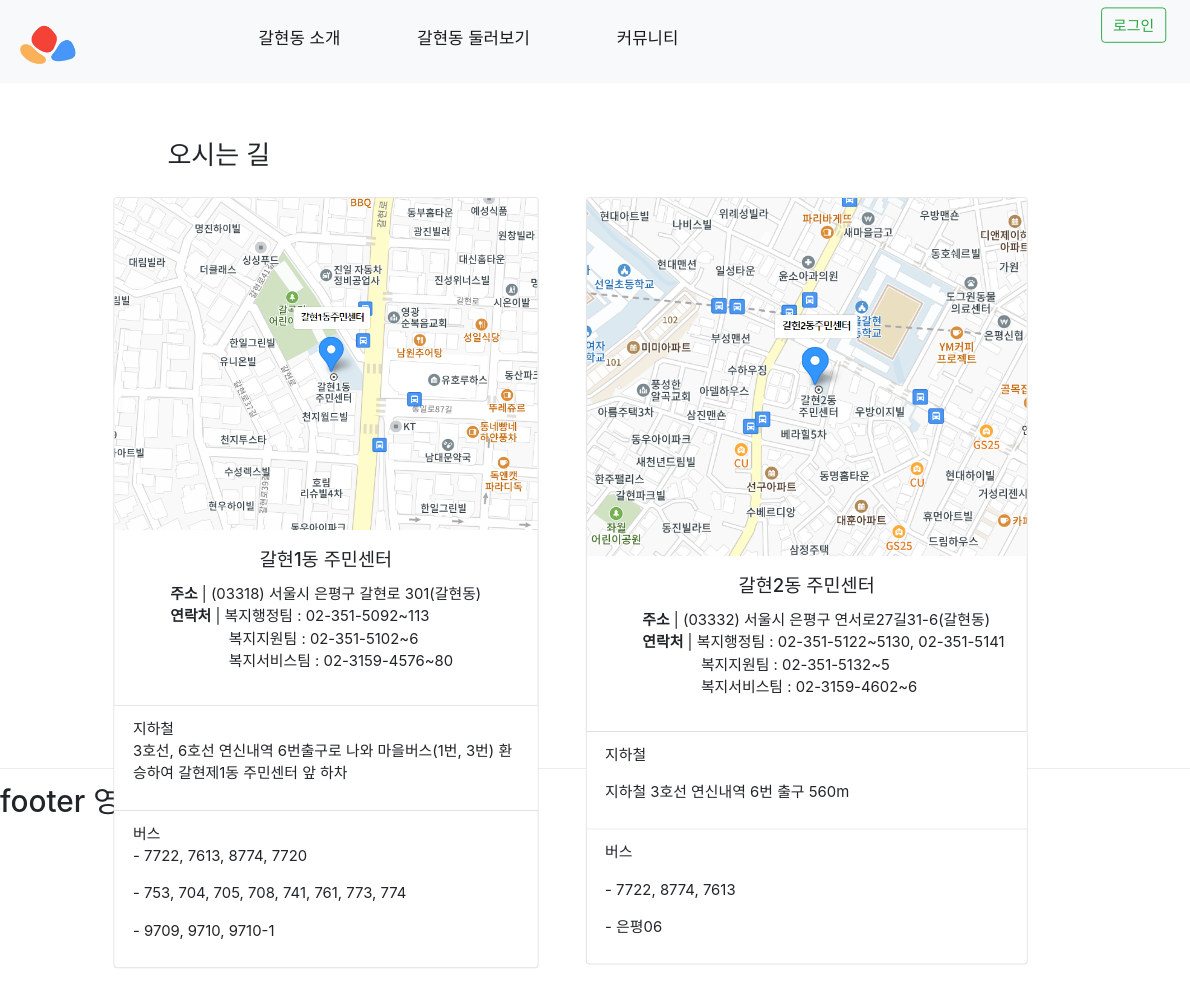
Repository: rnjsmj/pro01
Page: http://localhost/pro01/intro/map.jsp
An editor plug-in stored every save of this project. The page is shown before and after the next save, followed by the edit.
The browser window is 1280 px wide. The pictures show the whole page, at 93% of full size.
The page is served by Tomcat 9. Nobody is signed in. The application's start-up code is not run. The template is opened directly, without the code that normally fills it, so the values that code supplies are empty.

Above is the page before, as saved 2024-04-14 16:25:59.

After the next save:
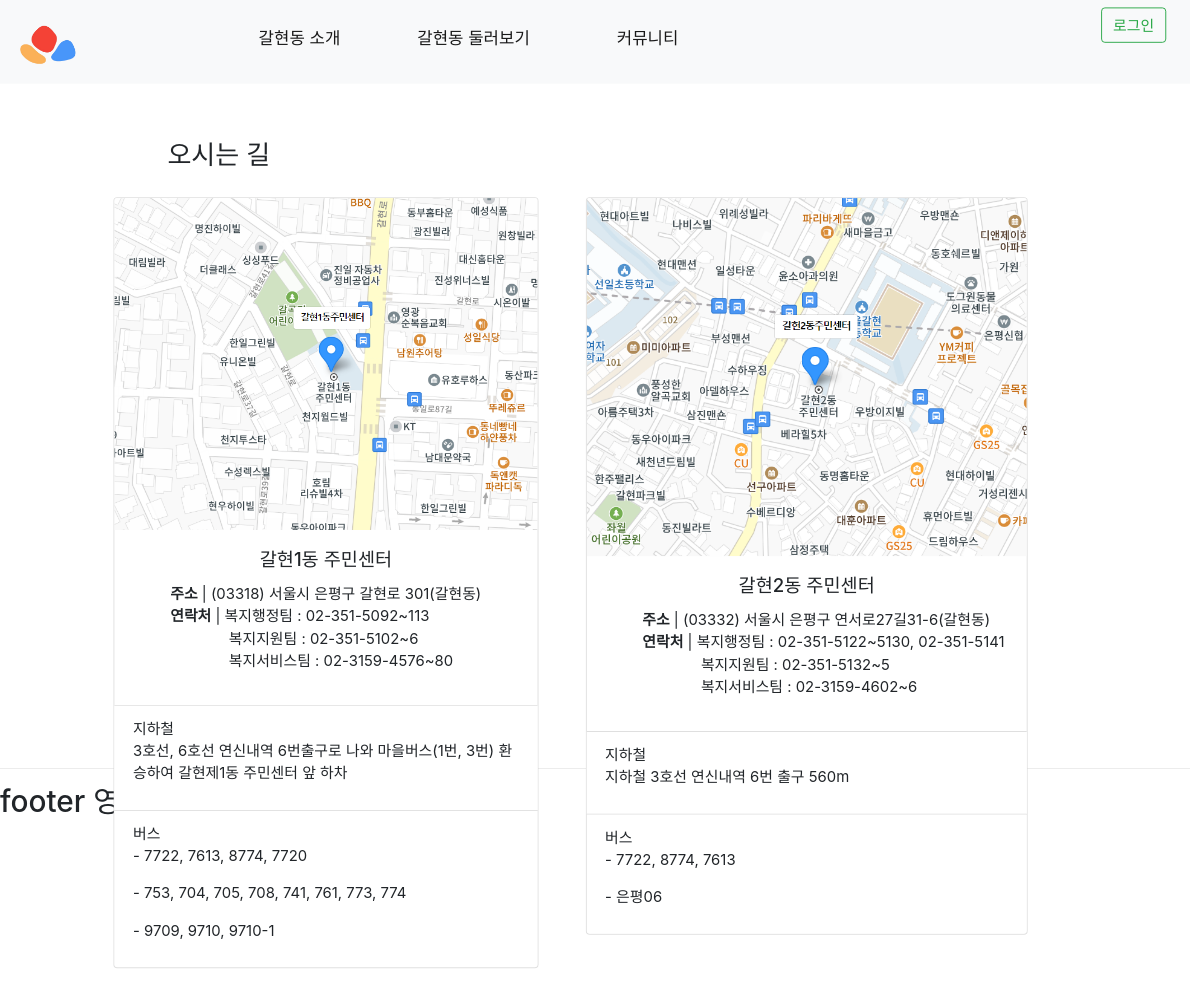
Saved 43 s later.
--- a/pro01/WebContent/intro/map.jsp
+++ b/pro01/WebContent/intro/map.jsp
@@ -86,9 +86,9 @@
 						</ul>
 					</div>
 					<ul class="list-group list-group-flush">
-						<li class="list-group-item">지하철
+						<li class="list-group-item"><span>지하철</span>
 							<p> 3호선, 6호선 연신내역 6번출구로 나와 마을버스(1번, 3번) 환승하여 갈현제1동 주민센터 앞 하차</p></li>
-						<li class="list-group-item">버스
+						<li class="list-group-item"><span>버스 </span>
 							<p> - 7722, 7613, 8774, 7720 </p>
 							<p> - 753, 704, 705, 708, 741, 761, 773, 774 </p>
 							<p> - 9709, 9710, 9710-1 </p>
@@ -117,9 +117,9 @@
 						</ul>
 					</div>
 					<ul class="list-group list-group-flush">
-						<li class="list-group-item"><p>지하철</p>
+						<li class="list-group-item"><span>지하철</span>
 							<p> 지하철 3호선 연신내역 6번 출구 560m</p></li>
-						<li class="list-group-item"><p>버스</p>
+						<li class="list-group-item"><span>버스</span>
 							<p> - 7722, 8774, 7613 </p>
 							<p> - 은평06 </p>
 						</li>
